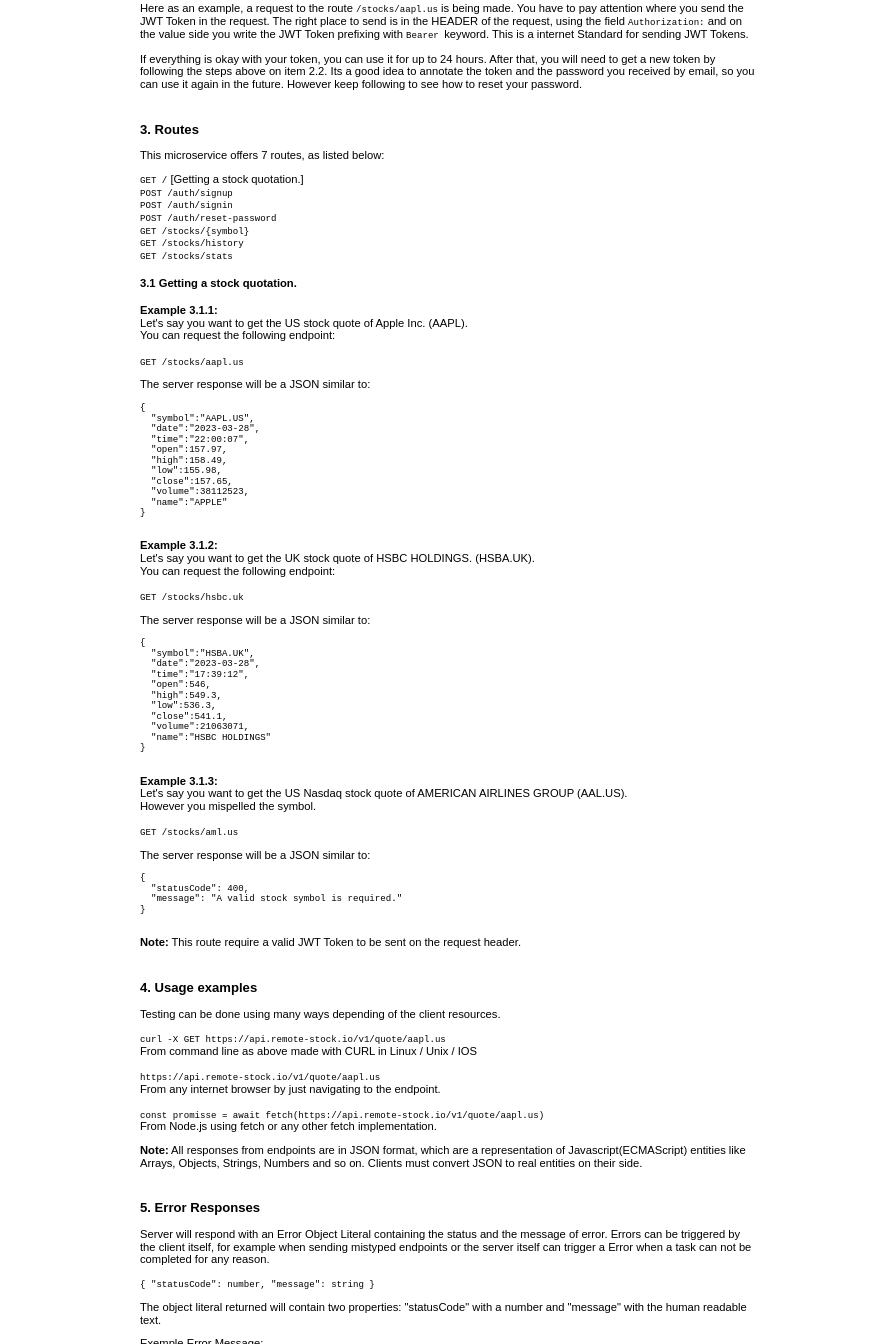
Repository: miguelamello/nest-js
Page: stock-service/documentation.html
The author's editor kept a copy of each file at every save. The page is drawn from the files as they stood at one save, then again after a run of saves.
The browser window is 1280 px wide. The pictures show the part of the page from y = 1414 to 3334 px (the page is 3596 px tall before and 3626 px after), at 70% of full size.

Above is the page before, as saved 2023-04-02 21:05:34.

### stock-service/documentation.html
<!DOCTYPE html>
<html lang="en">
<head>
  <meta charset="UTF-8">
  <meta http-equiv="X-UA-Compatible" content="IE=edge">
  <meta name="viewport" content="width=device-width, initial-scale=1.0">
  <title>STOCK QUOTE MICROSERVICE</title>
  <style>
    body {
      font-family: Arial, Helvetica, sans-serif;
      padding: 3% 15%;
    }
    h3 {
      margin-top: 5%;
    }
    pre {
      margin: 0;
      overflow: auto;
    }
  </style>
</head>
<body>
  <h2>STOCK QUOTE MICROSERVICE DOCUMENTATION</h2>
  <p>
    This microservice aims to facilitate the acquisition of stock exchange quotes from various
    companies in US and UK. Please follow the documentation to get a complete understanding
    of how the service works.
  </p>

  <h3>1. Entrypoint</h3>
  <code>https://api.stock-quote.io/v1</code>
  <p>
    All routes starts from the entrypoint above. Accessing this entrypoint will
    retrieve the STOCK QUOTE MICROSERVICE DOCUMENTATION in a friendly presentation,
    as easy to read as this page can be.
  </p>

  <p>If you want for a more detailed documentation, you should navigate to the
    STOCK QUOTE MICROSERVICE SPECIFICATION where you will find more technical
    explanations about the service.
  </p>

  <pre>
GET /spec HTTP/1.1
Host: https://api.stock-quote.io/v1
  </pre>

  <h3>2. Authentication</h3>
  <p>A JSON Web Token (JWT) Authentication is required for some routes on the microservice.
    Below is listed the steps that must be followed to get a valid JWT Token. The token is
    a string similar to the following:
  </p>

  <code>eyJhbGciOiJIUzI1NiIsInR5cCI6IkpXVCJ9.eyJ1c2VybmFtZSI6Im1pZ3VlbGFuZ2Vsb21
    lbGxvQGdtYWlsLmNvbSIsInN1YiI6IjY0Mjg2YmY0ZWE1OTAxNmQwNjg0MTJiYSIsImlhdCI6MTY4MDM3Mjc4OSwiZ
    XhwIjoxNjgwNDU5MTg5fQ.6tP4CUwuBqWPXSu1aLEoy7kCQnCnvEBEXRHDIXUWLNo</code>
  <p>

    <br><div><b>2.1 Signup to the service</b></div><br>

    <pre>
POST /auth/signup HTTP/1.1
Host: https://api.stock-quote.io/v1
Content-Type: application/x-www-form-urlencoded
Content-Length: 35

email=yourname@example.com
    </pre>

    <div>You must send a POST request to <code>/auth/signup</code> with POST BODY containing a valid email.
      You will receive a email with a link to confirm your email address. After the email confirmation,
      another email with your Username and Password will be sent to you. You should use this login
      information to get your JWT Token. Keep following.</div>
    </div>
  </p>

  <p>
    <br><div><b>2.2 Signin to the service</b></div><br>

    <pre>
POST /auth/signin HTTP/1.1
Host: https://api.stock-quote.io/v1
Content-Type: application/x-www-form-urlencoded
Content-Length: 77

email=yourname@example.com&
password=e49015be5ba9752ab634b5649045bc56
    </pre>

    <div>You must send a POST request to <code>/auth/signin</code> with POST BODY containing the
      confirmed email and the password you received by email. If login is valid you will
      receive a response with the JWT Token that you must use to access all the available
      routes on the microservice. The Route response will be a JWT Token similar to bellow.
    </div><br>

    <pre>
{
  "access_token": "eyJhbGciOiJIUzI1NiIsInR5cCI6IkpXVCJ9.eyJ1c2VybmFtZSI6Im1pZ3VlbGFuZ2Vsb21
  lbGxvQGdtYWlsLmNvbSIsInN1YiI6IjY0Mjg2YmY0ZWE1OTAxNmQwNjg0MTJiYSIsImlhdCI6MTY4MDM3Mjc4OSwiZ
  XhwIjoxNjgwNDU5MTg5fQ.6tP4CUwuBqWPXSu1aLEoy7kCQnCnvEBEXRHDIXUWLNo"
}
    </pre>

    <div>Note: You must annotate this token somewhere, since a JWT Token can not be generated
      again with the same hash. If you lose your token, you will have to repeat the steps above
      on item 2.2 to get a new token.
    </div><br>

  </p>

  <p>
    <div><b>2.3 Use the JWT Token to access the routes</b></div><br>

    <pre>
GET /stocks/aapl.us HTTP/1.1
Host: https://api.stock-quote.io/v1
Authorization: Bearer eyJhbGciOiJIUzI1NiIsInR5cCI6IkpXVCJ9.eyJ1c2VybmFtZSI6Im1pZ3VlbGFuZ2Vsb21
lbGxvQGdtYWlsLmNvbSIsInN1YiI6IjY0Mjg2YmY0ZWE1OTAxNmQwNjg0MTJiYSIsImlhdCI6MTY4MDM3Mjc4OSwiZXhwI
joxNjgwNDU5MTg5fQ.6tP4CUwuBqWPXSu1aLEoy7kCQnCnvEBEXRHDIXUWLNo
    </pre>

    <div>Here as an example, a request to the route <code>/stocks/aapl.us</code> is being made.
      You have to pay attention where you send the JWT Token in the request. The right place to
      send is in the HEADER of the request, using the field <code>Authorization:</code> and on the
      value side you write the JWT Token prefixing with <code>Bearer </code> keyword. This is a internet
      Standard for sending JWT Tokens.
    </div><br>

    <div>
      If everything is okay with your token, you can use it for up to 24 hours. After that, you will
      need to get a new token by following the steps above on item 2.2. Its a good idea to annotate
      the token and the password you received by email, so you can use it again in the future. However
      keep following to see how to reset your password.
    </div>
  </p>

  <h3>3. Routes</h3>

  <p>This microservice offers 7 routes, as listed below:</p>

  <code>GET /</code>    [Getting a stock quotation.]<br>
  <code>POST /auth/signup</code><br>
  <code>POST /auth/signin</code><br>
  <code>POST /auth/reset-password</code><br>
  <code>GET /stocks/{symbol}</code><br>
  <code>GET /stocks/history</code><br>
  <code>GET /stocks/stats</code><br>

  <h4>3.1 Getting a stock quotation.</h4>

  <p>
    <div><b>Example 3.1.1:</b></div>
    <div>Let's say you want to get the US stock quote of Apple Inc. (AAPL).</div>
    <div>You can request the following endpoint:</div><br>
    <code>GET /stocks/aapl.us</code>

    <p>The server response will be a JSON similar to:</p>

    <pre>
{
  "symbol":"AAPL.US",
  "date":"2023-03-28",
  "time":"22:00:07",
  "open":157.97,
  "high":158.49,
  "low":155.98,
  "close":157.65,
  "volume":38112523,
  "name":"APPLE"
}
    </pre>
  </p>
  <p>
    <div><b>Example 3.1.2:</b></div>
    <div>Let's say you want to get the UK stock quote of HSBC HOLDINGS. (HSBA.UK).</div>
    <div>You can request the following endpoint:</div><br>
    <code>GET /stocks/hsbc.uk</code>

    <p>The server response will be a JSON similar to:</p>

    <pre>
{
  "symbol":"HSBA.UK",
  "date":"2023-03-28",
  "time":"17:39:12",
  "open":546,
  "high":549.3,
  "low":536.3,
  "close":541.1,
  "volume":21063071,
  "name":"HSBC HOLDINGS"
}
    </pre>
  </p>

  <p>
    <div><b>Example 3.1.3:</b></div>
    <div>Let's say you want to get the US Nasdaq stock quote of AMERICAN AIRLINES GROUP (AAL.US).</div>
    <div>However you mispelled the symbol.</div><br>
    <code>GET /stocks/aml.us</code>

    <p>The server response will be a JSON similar to:</p>

    <pre>
{
  "statusCode": 400,
  "message": "A valid stock symbol is required."
}
    </pre>

    <p>
      <b>Note:</b> This route require a valid JWT Token to be sent on the request header.
    </p>
  </p>

  <h3>4. Usage examples</h3>

  <p>Testing can be done using many ways depending of the client resources.</p>

  <code>curl -X GET https://api.remote-stock.io/v1/quote/aapl.us</code>
  <div>From command line as above made with CURL in Linux / Unix / IOS</div>
  <br>
  <code>https://api.remote-stock.io/v1/quote/aapl.us</code>
  <div>From any internet browser by just navigating to the endpoint.</div>
  <br>
  <code>const promisse = await fetch(https://api.remote-stock.io/v1/quote/aapl.us)</code>
  <div>From Node.js using fetch or any other fetch implementation.</div>

  <p>
    <b>Note:</b> All responses from endpoints are in JSON format, which are a
    representation of Javascript(ECMAScript) entities like Arrays, Objects,
    Strings, Numbers and so on. Clients must convert JSON to real entities
    on their side.
  </p>

  <h3>5. Error Responses</h3>

  <p>
    Server will respond with an Error Object Literal containing
    the status and the message of error. Errors can be triggered
    by the client itself, for example when sending mistyped endpoints
    or the server itself can trigger a Error when a
    task can not be completed for any reason.
  </p>

  <p>
    <code>{ "statusCode": number, "message": string }</code><br>
    <div>
      The object literal returned will contain two properties:
      "statusCode" with a number and "message" with the human readable text.
    </div>
  </p>

  <p>Exemple Error Message:</p>
  <p>
    <code>
      {"statusCode":400,"message":"Symbol must be a valid quote."}
    </code>
  </p>

  <h3>6. Disclaimer</h3>
  <p>
    This microservice should be used strictly as proposed in this documentation.
    Any usage that is not in accordance with the documentation may result in harmful
    consequences to the user. The authors of this service are not responsible for
    any misuse of the proposed microservice and its consequences. If you have any question,
    suggestion, information regarding the use of this service, please contact
    the authors at <b>developers@remote-stock.io</b>
  </p>

</body>
</html>

After the next 2 saves:
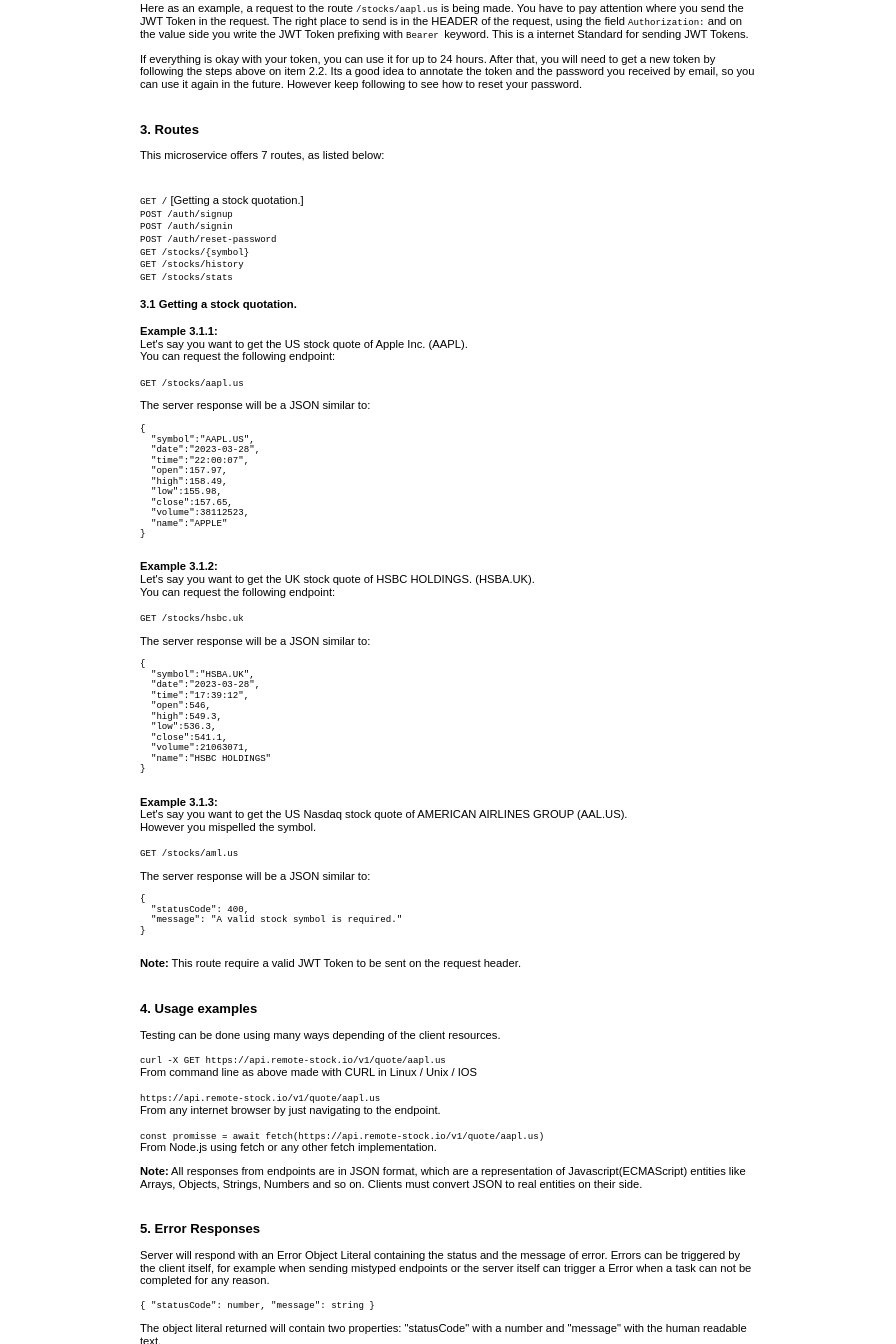
The 2 saves are shown as one change because they came seconds apart.
The last was saved 50 s later.
--- a/stock-service/documentation.html
+++ b/stock-service/documentation.html
@@ -138,6 +138,10 @@ joxNjgwNDU5MTg5fQ.6tP4CUwuBqWPXSu1aLEoy7kCQnCnvEBEXRHDIXUWLNo
 
   <p>This microservice offers 7 routes, as listed below:</p>
 
+  <pre>
+
+  </pre>
+
   <code>GET /</code>    [Getting a stock quotation.]<br>
   <code>POST /auth/signup</code><br>
   <code>POST /auth/signin</code><br>
